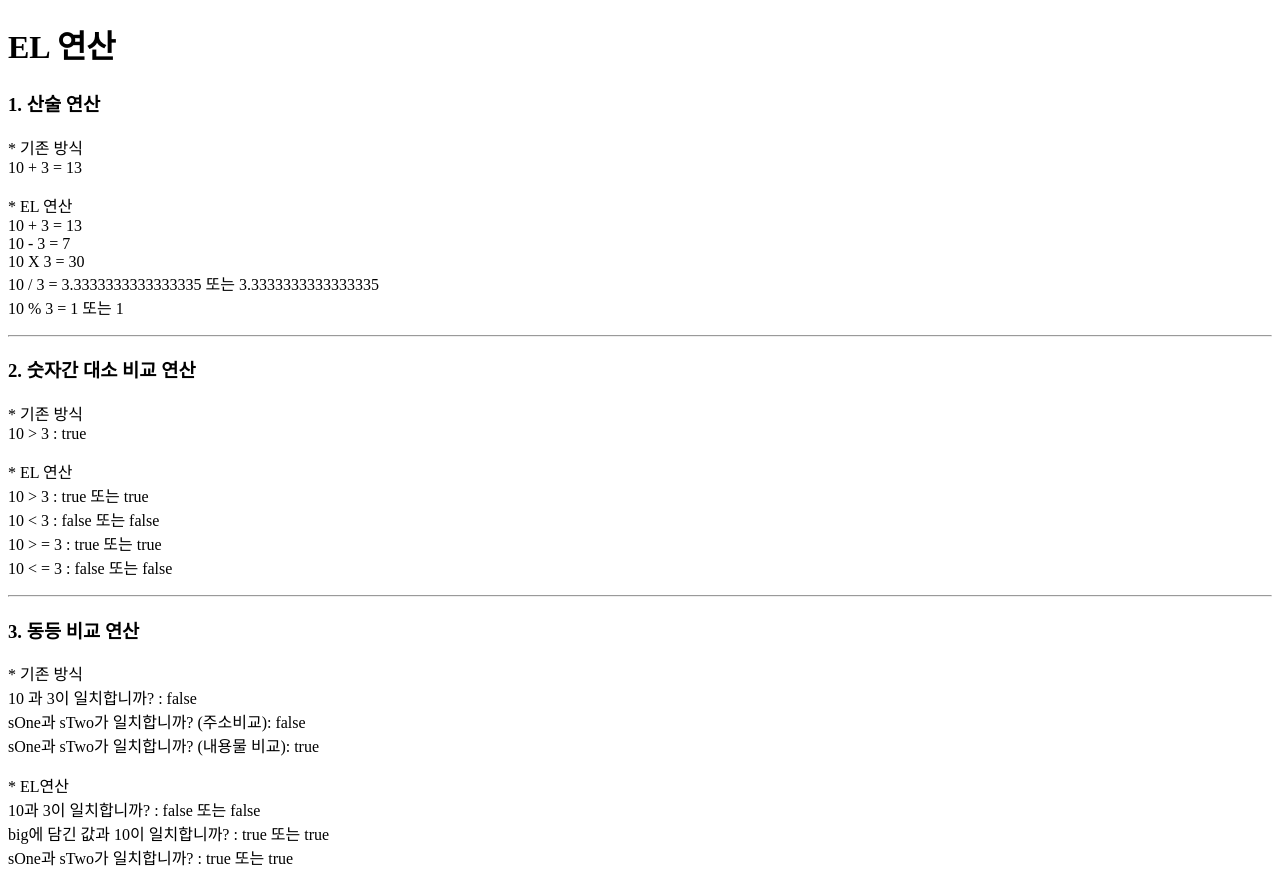
Repository: DonghwanSon1/ajax-jsp-study
Page: http://localhost/ActionProject/operation.do
These files come from the project's save history. The page is drawn as it stood at one moment and after the next save; the edit follows.
The browser window is 1280 px wide. The pictures show the whole page.
The page is served by Tomcat 9. Other server files are loaded and not shown.

Above is the page before, as saved 2022-07-12 02:50:25.

### ActionProject/WebContent/views/1_EL/01_elOperation.jsp
<%@ page language="java" contentType="text/html; charset=UTF-8"
    pageEncoding="UTF-8"%>
<!DOCTYPE html>
<html>
<head>
<meta charset="UTF-8">
<title>el 연산자 페이지</title>
</head>
<body>

	<h1>EL 연산</h1>

	<h3>1. 산술 연산</h3>

	<p>
		* 기존 방식 <br>
		10 + 3 = <%= (int)request.getAttribute("big") + (int)request.getAttribute("small") %>
	</p>

	<p>
		* EL 연산 <br>
		10 + 3 = ${ big + small } <br>
		10 - 3 = ${ big - small } <br>
		10 X 3 = ${ big * small } <br>
		10 / 3 = ${ big / small } 또는 ${ big div small }<br>
		10 % 3 = ${ big % small } 또는 ${ big mod small }<br>
	</p>

	<hr>

	<h3>2. 숫자간 대소 비교 연산</h3>

	<p>
		* 기존 방식 <br>
		10 > 3 : <%= (int)request.getAttribute("big") > (int)request.getAttribute("small") %>
	</p>

	<p>
		* EL 연산 <br>
		10 &gt; 3 : ${ big > small } 또는 ${ big gt small } <br>
		10 &lt; 3 : ${ big < small } 또는 ${ big lt small } <br>
		10 &gt; = 3 : ${ big >= small } 또는 ${ big ge small } <br>
		10 &lt; = 3 : ${ big <= small } 또는 ${ big le small } <br>
	</p>

	<hr>

	<h3>3. 동등 비교 연산</h3>

	<p>
		* 기존 방식 <br>
		10  과 3이 일치합니까? :
		<%= (int)request.getAttribute("big") == (int)request.getAttribute("small") %> <br>

		sOne과 sTwo가 일치합니까? (주소비교):
		<%= (String)request.getAttribute("sOne") == (String)request.getAttribute("sTwo") %> <br>

		sOne과 sTwo가 일치합니까? (내용물 비교):
		<%= ((String)request.getAttribute("sOne")).equals((String)request.getAttribute("sTwo")) %> <br>
	</p>

	<p>
		* EL연산 <br>
		10과 3이 일치합니까? : ${ big == small } 또는 ${ big eq small } <br>
		big에 담긴 값과 10이 일치합니까? : ${ big == 10 } 또는 ${ big eq 10 } <br>
		sOne과 sTwo가 일치합니까? : ${ sOne == sTwo } 또는 ${ sOne eq sTwo } <br>
		<!-- EL에서의 문자열이 == 비교는 자바에서의 equals()와 같은 동작을 함 -->
	</p>













</body>
</html>

### ActionProject/src/com/kh/controller/ELOperationServlet.java
package com.kh.controller;

import java.io.IOException;
import java.util.ArrayList;

import javax.servlet.ServletException;
import javax.servlet.annotation.WebServlet;
import javax.servlet.http.HttpServlet;
import javax.servlet.http.HttpServletRequest;
import javax.servlet.http.HttpServletResponse;

import com.kh.model.vo.Person;

/**
 * Servlet implementation class ELOperationServlet
 */
@WebServlet("/operation.do")
public class ELOperationServlet extends HttpServlet {
	private static final long serialVersionUID = 1L;

    /**
     * @see HttpServlet#HttpServlet()
     */
    public ELOperationServlet() {
        super();
        // TODO Auto-generated constructor stub
    }

	/**
	 * @see HttpServlet#doGet(HttpServletRequest request, HttpServletResponse response)
	 */
	protected void doGet(HttpServletRequest request, HttpServletResponse response) throws ServletException, IOException {

		// 테스트 할 수 있는 값 넘기기

		request.setAttribute("big", 10);
		request.setAttribute("small", 3); // 산술, 비교

		request.setAttribute("sOne", "안녕");
		request.setAttribute("sTwo", new String ("안녕"));

		request.setAttribute("pOne", new Person("홍길동", 10, "남자"));
		request.setAttribute("pTwo", null);

		ArrayList<String> list1 = new ArrayList<>();
		request.setAttribute("1One", list1);

		ArrayList<String> list2	= new ArrayList<>();
		list2.add("면접준비!!!");
		request.setAttribute("1Two", list2);

		// 여기까지 requestScope에 총 8쌍의 값이 담겨있음
		request.getRequestDispatcher("views/1_EL/01_elOperation.jsp").forward(request, response);
















	}

	/**
	 * @see HttpServlet#doPost(HttpServletRequest request, HttpServletResponse response)
	 */
	protected void doPost(HttpServletRequest request, HttpServletResponse response) throws ServletException, IOException {
		// TODO Auto-generated method stub
		doGet(request, response);
	}

}

### ActionProject/src/com/kh/model/vo/Person.java
package com.kh.model.vo;

public class Person {

	private String name;
	private int age;
	private String gender;

	public Person() {}

	public Person(String name, int age, String gender) {
		super();
		this.name = name;
		this.age = age;
		this.gender = gender;
	}

	public String getName() {
		return name;
	}

	public void setName(String name) {
		this.name = name;
	}

	public int getAge() {
		return age;
	}

	public void setAge(int age) {
		this.age = age;
	}

	public String getGender() {
		return gender;
	}

	public void setGender(String gender) {
		this.gender = gender;
	}

	@Override
	public String toString() {
		return "Person [name=" + name + ", age=" + age + ", gender=" + gender + "]";
	}



}

After the next save:
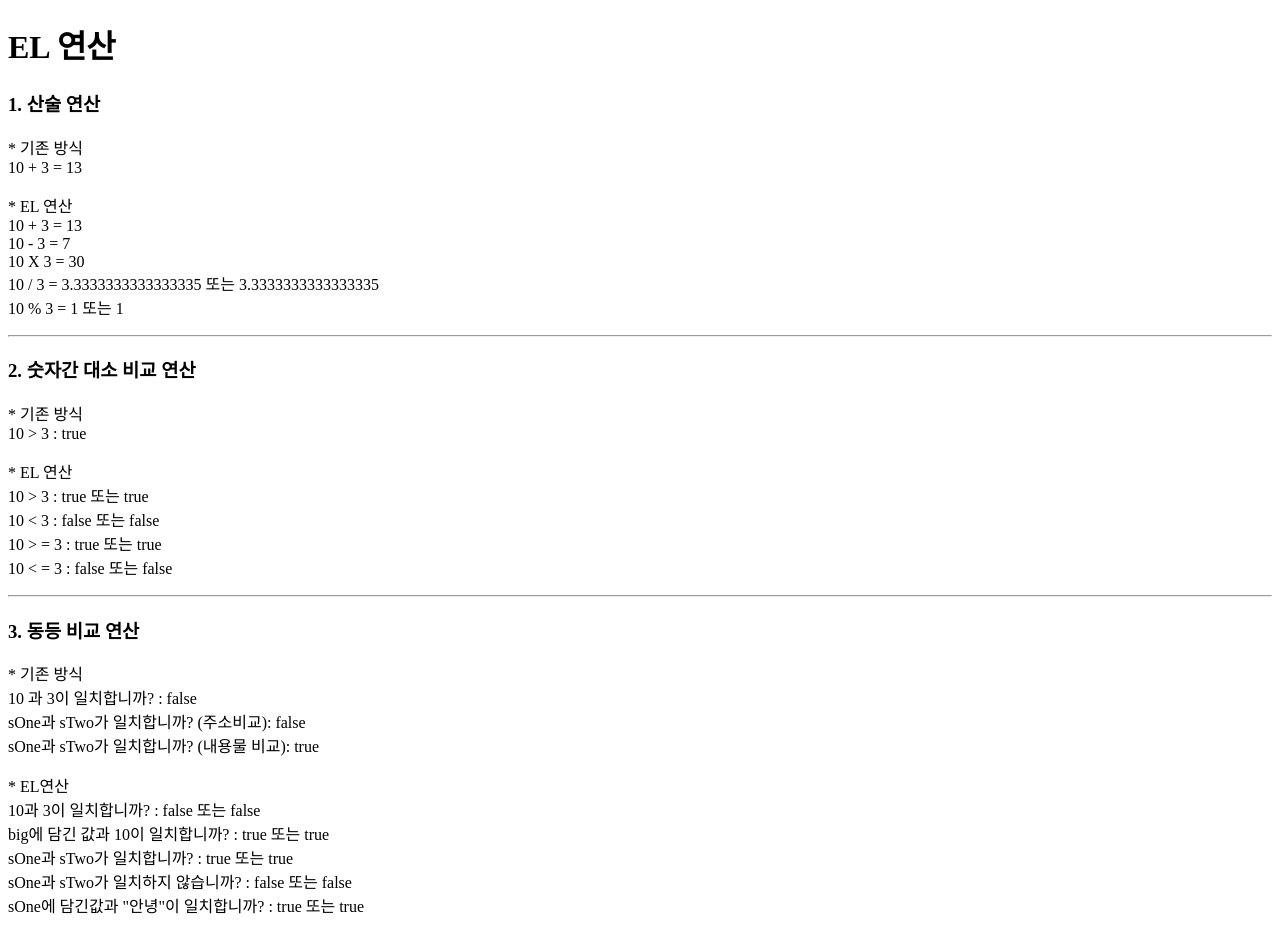
Saved 2 min 12 s later.
--- a/ActionProject/WebContent/views/1_EL/01_elOperation.jsp
+++ b/ActionProject/WebContent/views/1_EL/01_elOperation.jsp
@@ -65,6 +65,9 @@
 		big에 담긴 값과 10이 일치합니까? : ${ big == 10 } 또는 ${ big eq 10 } <br>
 		sOne과 sTwo가 일치합니까? : ${ sOne == sTwo } 또는 ${ sOne eq sTwo } <br>
 		<!-- EL에서의 문자열이 == 비교는 자바에서의 equals()와 같은 동작을 함 -->
+		sOne과 sTwo가 일치하지 않습니까? : ${ sOne != sTwo } 또는 ${ sOne ne sTwo } <br>
+		sOne에 담긴값과 "안녕"이 일치합니까? : ${ sOne == '안녕' } 또는 ${ sOne eq "안녕" } <br>
+		<!--  EL에서 문자열 리터럴 제시 시 홑따옴표던 쌍따옴표던 상관 없음 -->
 	</p>
 
 
